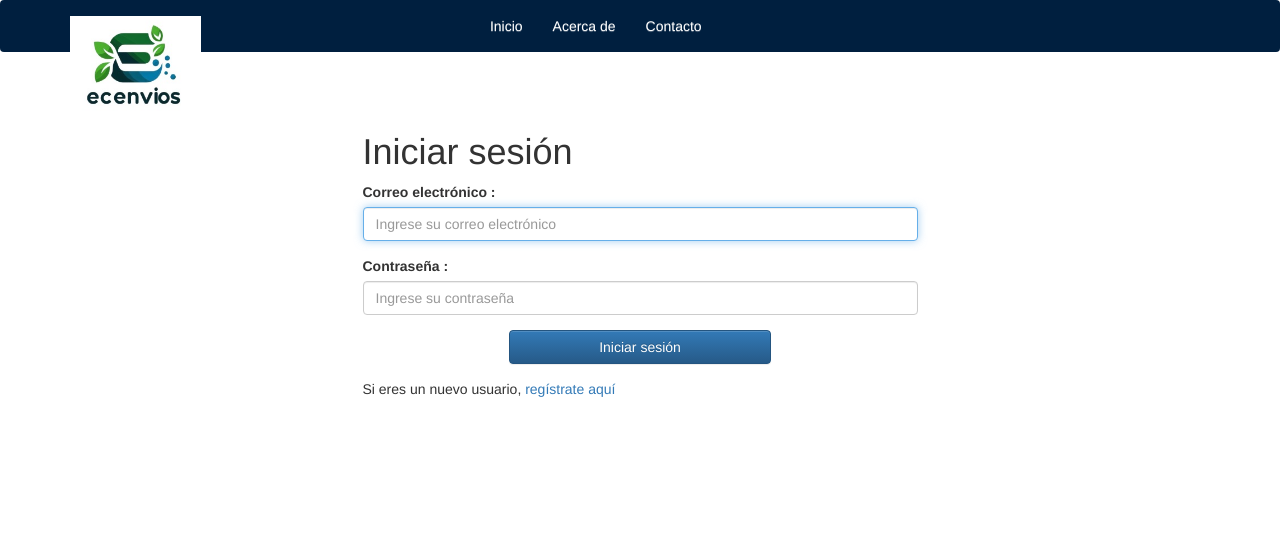
Repository: BolivarCaro/ecenviosweb
Page: http://localhost/login
The author's editor kept a copy of each file at every save. The page is drawn from the files as they stood at one save, then again after the next save.
The browser window is 1280 px wide. The pictures show the whole page.
The page is this project's Thymeleaf template; nobody is signed in. The template is opened directly, without the code that normally fills it, so the values that code supplies are empty.

Above is the page before, as saved 2024-07-14 14:28:50.
Console error (its wording comes from the project's code and is left out).

After the next save:
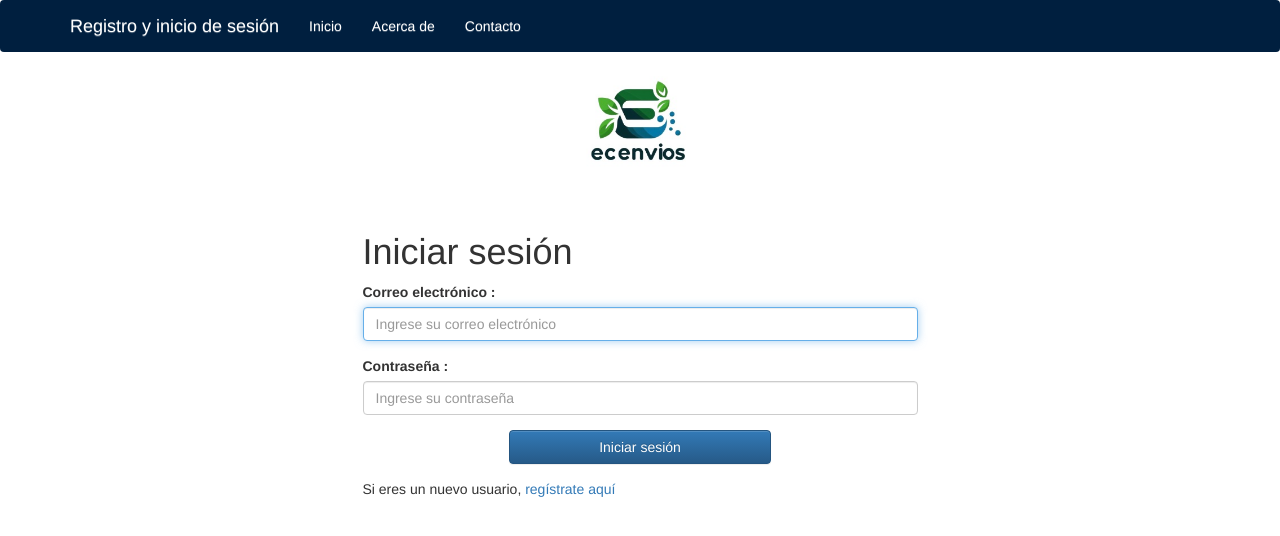
Saved 75 s later.
--- a/sprindbootecenvios/src/main/resources/templates/login.html
+++ b/sprindbootecenvios/src/main/resources/templates/login.html
@@ -29,10 +29,7 @@
 	                <span class="icon-bar"></span>
 	            </button>
 	            <a class="navbar-brand" href="#" th:href="@{/}" style="color: white;">
-	                <div style="text-align: center;">
-	                    <img src="/images/logoecenvios.png" alt="Logo" style="height: 100px; margin-bottom: 10px;">
-	                    <span style="font-weight: bold; font-size: 20px;">Registro y inicio de sesión</span>
-	                </div>
+	                Registro y inicio de sesión
 	            </a>
 	        </div>
 	        <div id="navbar" class="collapse navbar-collapse">
@@ -44,6 +41,10 @@
 	        </div>
 	    </div>
 	</nav>
+	<div style="text-align: center; margin-top: 10px;">
+	    <img src="/images/logoecenvios.png" alt="Logo" style="height: 100px;">
+	</div>
+
 
 
 
